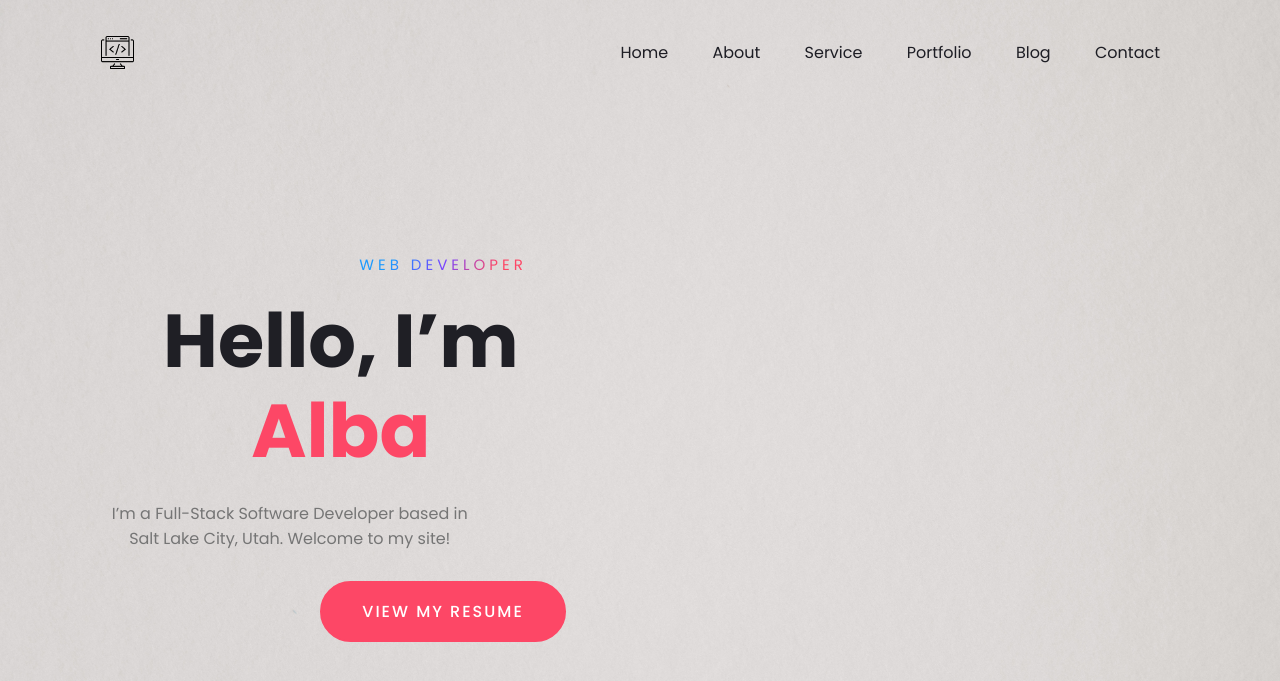
Repository: pilar122/port
Page: index.html
The author's editor kept a copy of each file at every save. The page is drawn from the files as they stood at one save, then again after the next save.
The browser window is 1280 px wide. The pictures show the whole page.

Above is the page before, as saved 2022-01-29 15:42:22.

After the next save:
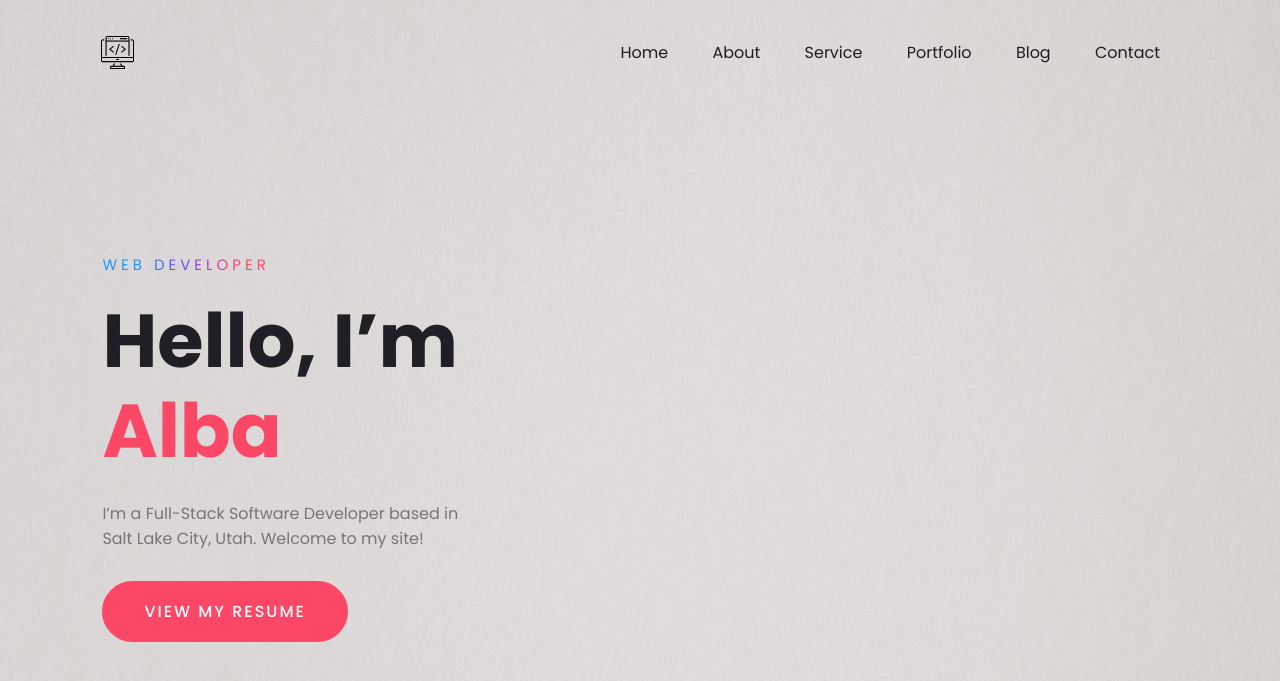
Saved 35 s later.
--- a/style.css
+++ b/style.css
@@ -72,7 +72,6 @@ nav ul li a:hover:after{
     position: absolute;
     top: 35%;
     left: 8%;
-    text-align: center;
 }
 .content .title{
     color: #1f1f25;
@@ -102,11 +101,3 @@ nav ul li a:hover:after{
     margin-top: 25px;
     margin-bottom: 30px;
 }
-
-.content .img{
-    max-width: 30%;
-    max-width: 30%;
-    border-radius: 50%;
-    float: left;
-    border: 1px solid rgb(255, 252, 252);
-}
